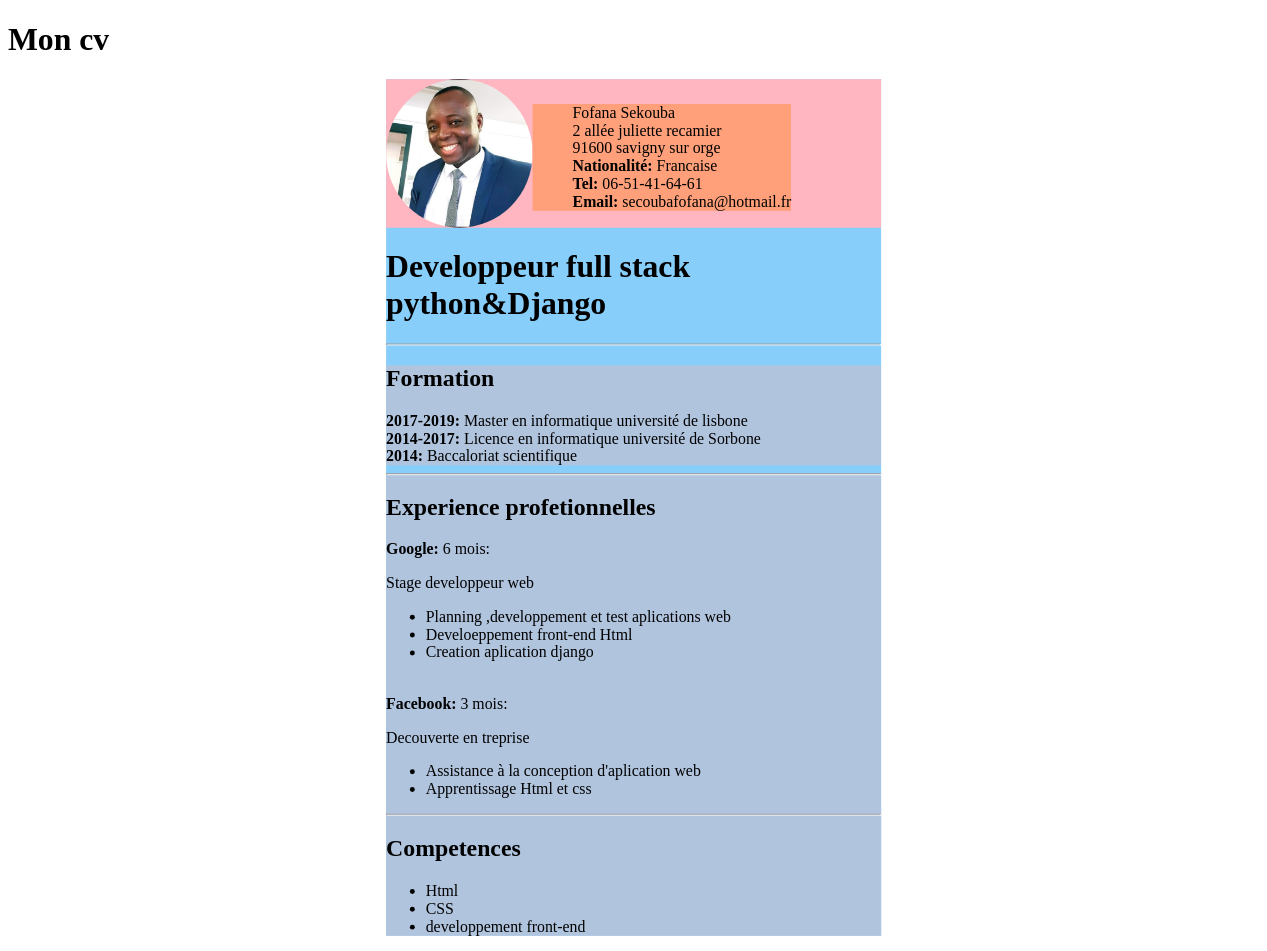
Repository: lamdakara/cv-html
Page: index.html
These files come from the project's save history. The page is drawn as it stood at one moment and after the next save; the edit follows.
The browser window is 1280 px wide. The pictures show the whole page, at 99% of full size.
Some web libraries are served in a nearby version.

Above is the page before, as saved 2023-08-26 14:04:07.

### index.html
<!DOCTYPE html>
<html lang="fr">
<head>
    <meta charset="UTF-8">
    <meta name="viewport" content="width=device-width, initial-scale=1.0">
    <title>Cv-html-Sekouba</title>
    <link rel="stylesheet" href="/css/style.css">
    <script src="https://kit.fontawesome.com/30d425bcaa.js" crossorigin="anonymous"></script>
</head>
<body>
    <h1>Mon cv</h1>
    <div class="contenu">
    <div class="details">
        <img src="profil.jpg/1661794008238.jpg" alt="image de profil">
    <ul class="liste-details">
        <li>Fofana Sekouba</li>
        <li>2 allée juliette recamier <br>91600 savigny sur orge </li>
        <li><strong>Nationalité:</strong> Francaise</li>
        <li><strong>Tel:</strong> 06-51-41-64-61</li>
        <li><strong>Email:</strong> secoubafofana@hotmail.fr</li>
    </ul>
</div>
    <!-- titre h1 -->
    <h1>Developpeur full stack  <br> python&Django</h1>

    <hr>
    <div class="cv-section">
    <h2>Formation</h2>
    <strong>2017-2019:</strong>
    <span>Master en informatique université de lisbone</span>

    <br>

    <strong>2014-2017:</strong>
    <span>Licence en informatique université de Sorbone</span>

    <br>

    <strong>2014:</strong>
    <span>Baccaloriat scientifique</span>

    </div>
    <div class="cv-section">
    <hr>
    <div>
    <h2>Experience profetionnelles</h2>
    <strong>Google:</strong>
    <span>6 mois:</span>
    <p>Stage developpeur web</p>
    <ul>
        <li>Planning ,developpement et test aplications web</li>
        <li>Develoeppement front-end Html</li>
        <li>Creation aplication django</li>
    </ul>
    <br>

    </div>

    <strong>Facebook:</strong>
    <span>3 mois:</span>
    <p>Decouverte en treprise</p>
    <ul>
        <li>Assistance à la conception d'aplication web</li>
        <li>Apprentissage Html et css </li>

    </ul>

 <div class="cv-section">
    <hr>

    <h2>Competences</h2>
    <ul>
        <li>Html</li>
        <li>CSS</li>
        <li>developpement front-end</li>
    </ul>
</div>
</div>
</body>
</html>

### css/style.css
.contenu{
    width: 500px;
    margin: 10px auto;
    background-color: lightskyblue;
}

.details{
    background-color:lightpink;
    height: 150px;
}
.details img {
    float: left;

    height: 150px;
    border-radius: 50%;
}
.liste-details{
    background-color: lightsalmon;
    float: left;
    list-style: none;
    margin-top: 25px;
}
.cv-section{
    background-color: lightsteelblue;
}

After the next save:
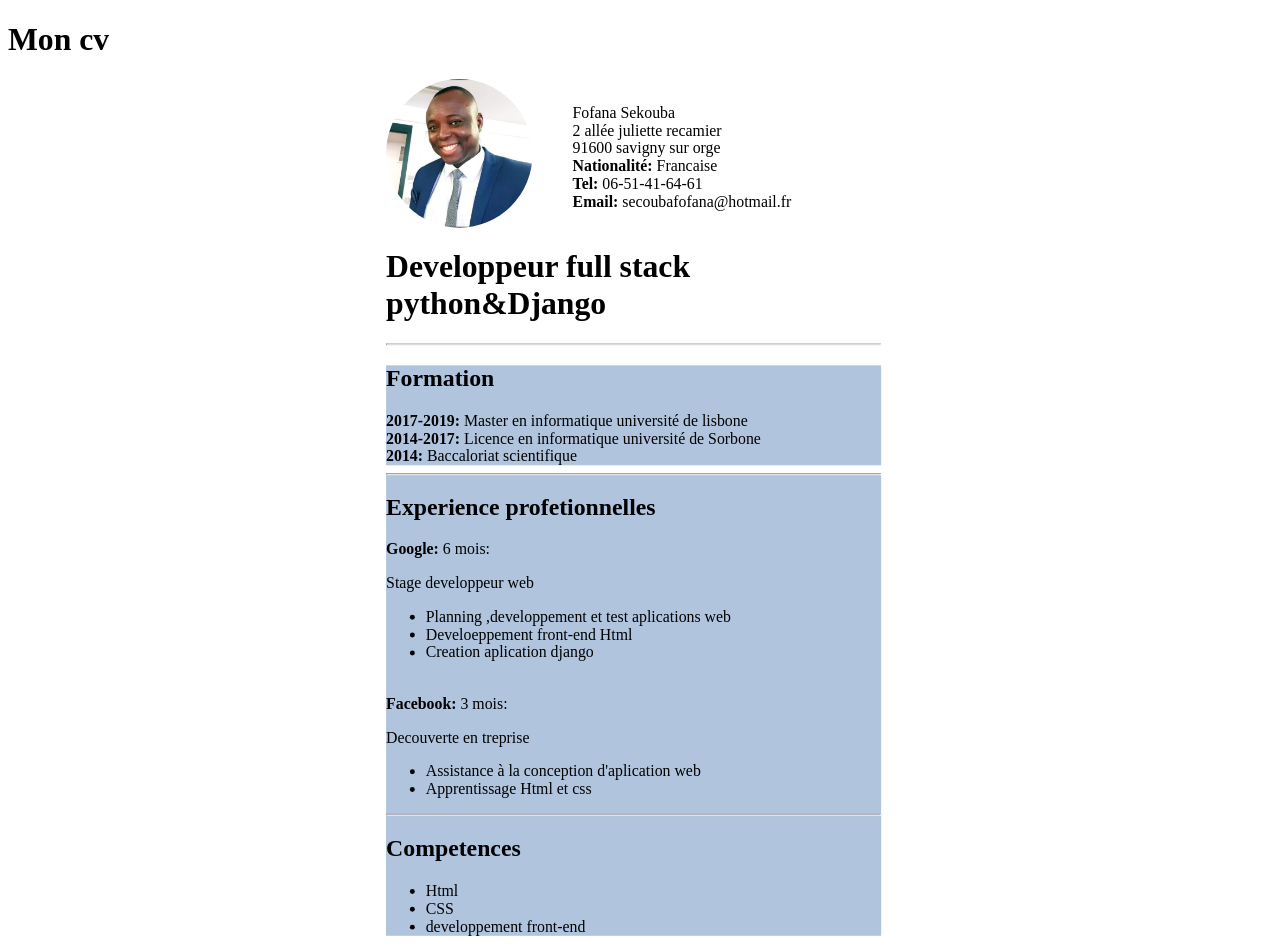
Saved 2 min 19 s later.
--- a/css/style.css
+++ b/css/style.css
@@ -1,11 +1,11 @@
 .contenu{
     width: 500px;
     margin: 10px auto;
-    background-color: lightskyblue;
+    /*background-color: lightskyblue;*/
 }
 
 .details{
-    background-color:lightpink;
+   /* background-color:lightpink;*/
     height: 150px;
 }
 .details img {
@@ -15,7 +15,7 @@
     border-radius: 50%;
 }
 .liste-details{
-    background-color: lightsalmon;
+    /*background-color: lightsalmon;*/
     float: left;
     list-style: none;
     margin-top: 25px;
